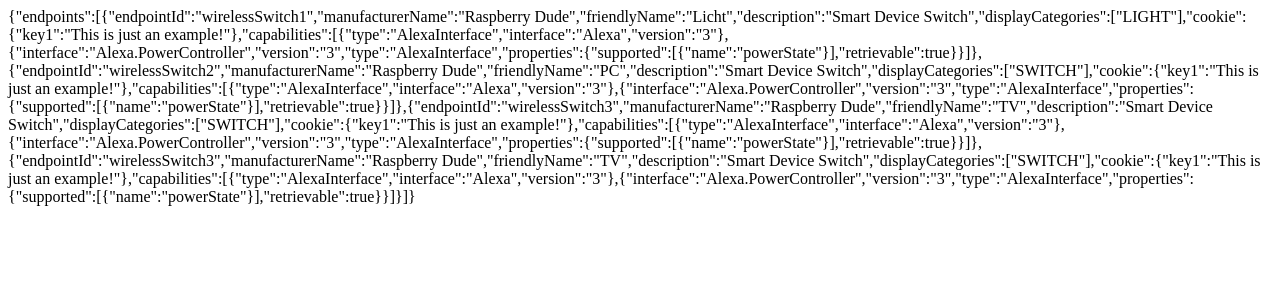
Repository: RobinWarth/Smart-Home-Solutions
Page: http://localhost/discovery
The author's editor kept a record of every edit. The page is drawn from the files as they stood at one moment, then again after the next edit.
The browser window is 1280 px wide. The pictures show the whole page.
The page is served by the project's Node server (Code/Node/app.js).

Above is the page before.

After the next edit:
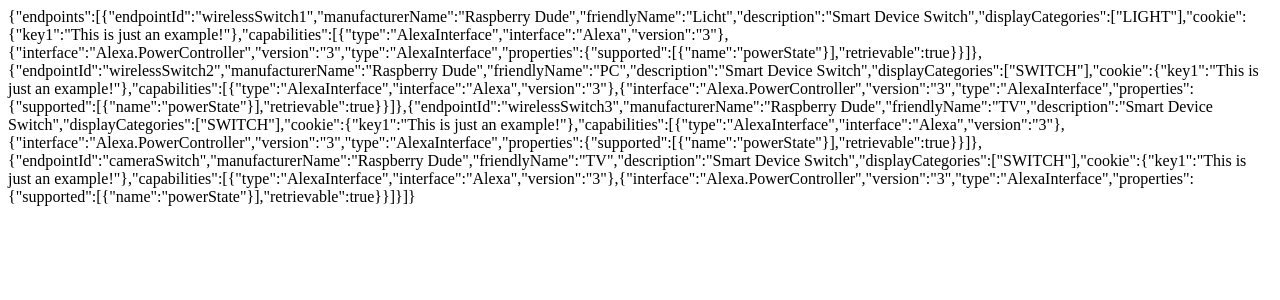
The edit:
--- a/Code/Node/model.js
+++ b/Code/Node/model.js
@@ -81,7 +81,7 @@
             ]
         },
         {
-            "endpointId": "wirelessSwitch3",
+            "endpointId": "cameraSwitch",
             "manufacturerName": "Raspberry Dude",
             "friendlyName": "TV",
             "description": "Smart Device Switch",
